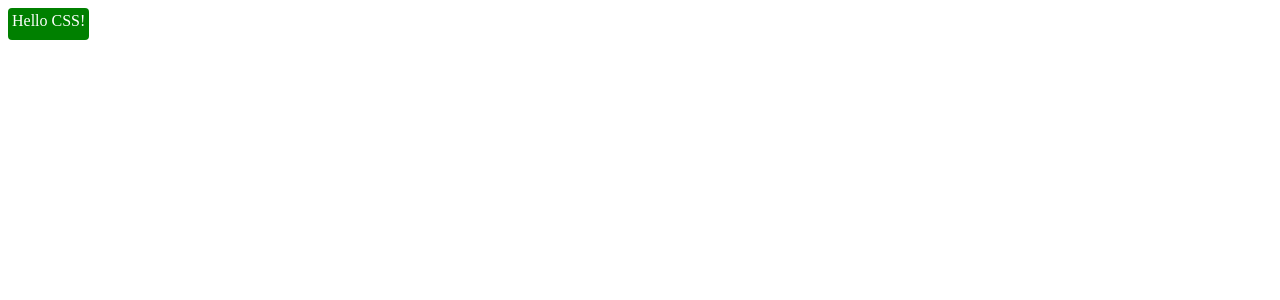
Repository: ArtemisWang/webpack
Page: src/demo20.html
The author's editor kept a copy of each file at every save. The page is drawn from the files as they stood at one save, then again after the next save.
The browser window is 1280 px wide. The pictures show the whole page.

Above is the page before, as saved 2020-03-31 20:32:36.

After the next save:
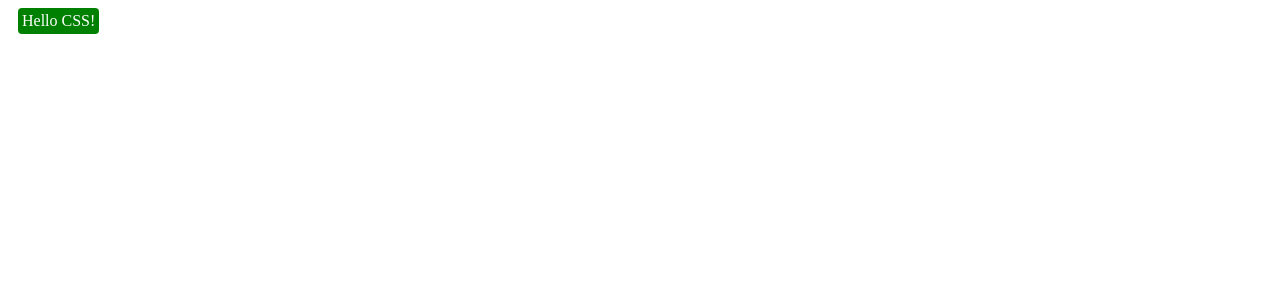
Saved 18 s later.
--- a/src/demo20.html
+++ b/src/demo20.html
@@ -12,7 +12,7 @@
             background-color:green;
             border-radius:4px;
             padding:4px;
-            padding-bottom: 10px;
+            margin-left: 10px;
             color: white;
         }
     </style>
